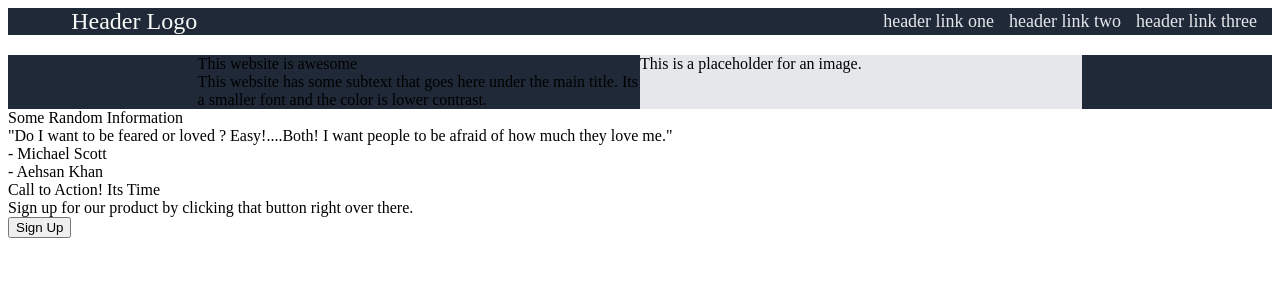
Repository: Aehsan4004/odinlandpage
Page: index.html
The author's editor kept a copy of each file at every save. The page is drawn from the files as they stood at one save, then again after the next save.
The browser window is 1280 px wide. The pictures show the whole page.

Above is the page before, as saved 2025-02-10 09:48:42.

After the next save:
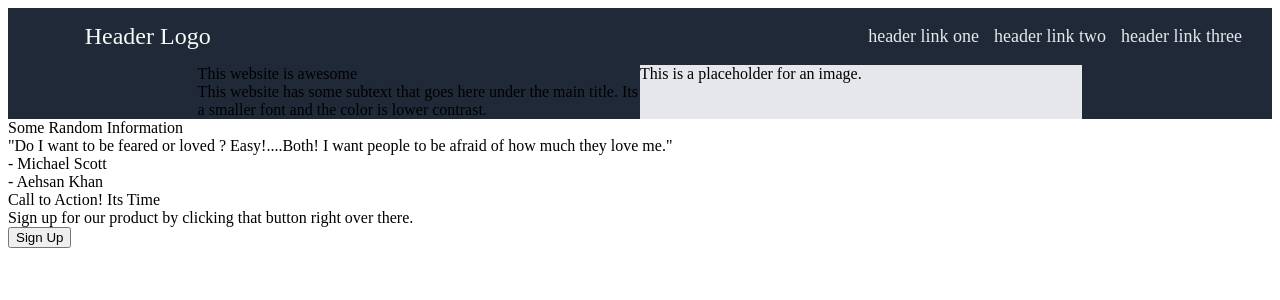
Saved 53 s later.
--- a/styles.css
+++ b/styles.css
@@ -12,6 +12,7 @@ body {
     justify-content: space-between;
     align-items: center;
     background-color: #1f2937;
+    padding: 15px;
 }
 
 .logo {
@@ -39,7 +40,7 @@ ul {
     display: flex;
     background-color: #1f2937;
     justify-content: center;
-    margin-top: 20px;
+    /* margin-top: 20px; */
 }
 .left-box {
     display: flex;
